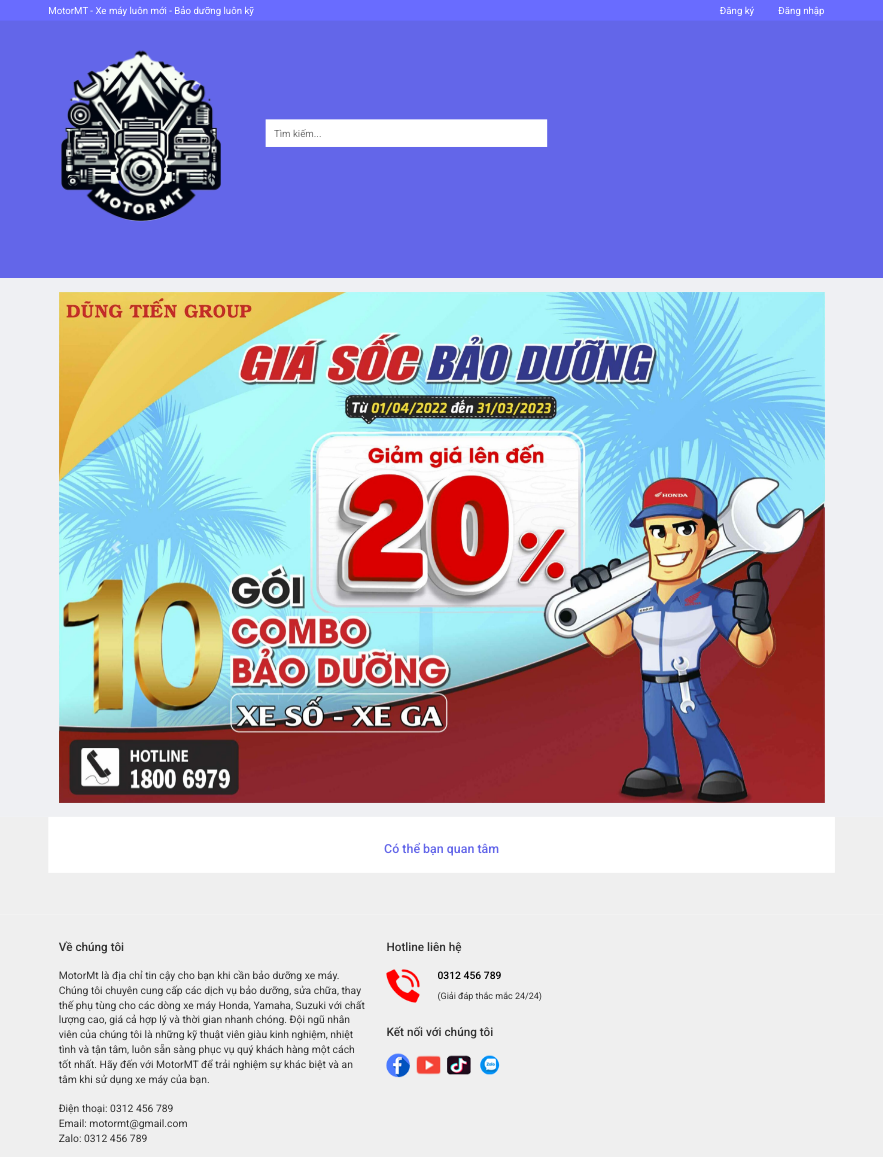
Repository: ThieuDV091002/MotorMaintain
Page: http://localhost/index
An editor plug-in stored every save of this project. The page is shown before and after the next save, followed by the edit.
The browser window is 1280 px wide. The pictures show the whole page, at 69% of full size.
Some web fonts or font styles are not loaded; a fallback is used. The page is this project's Thymeleaf template; nobody is signed in. The template is opened directly, without the code that normally fills it, so the values that code supplies are empty.

Above is the page before, as saved 2024-01-29 11:11:01.
Console error: TypeError: Cannot read properties of null (reading 'style')

### MotorMaintainnanceProject/MotorMaintainanceWebParent/MotorMaintainanceFrontEnd/src/main/resources/templates/index.html
<!DOCTYPE html>
<html xmlns:th="www.thymeleaf.org"
	  xmlns:sec="https://www.thymeleaf.org/thymeleaf-extras-springsecurity5">
<head>
	<meta charset="UTF-8">
	<meta name="viewport" content="width=device-width, initial-scale=1.0">
	<title>Trang chủ - EduBook</title>
	<script th:src="@{js/jquery-3.3.1.js}"></script>
	<script th:src="@{js/bootstrap.min.js}"></script>
	<script
			th:src="@{https://ajax.googleapis.com/ajax/libs/jquery/3.5.1/jquery.min.js}"></script>
	<link th:href="@{/rating-star/css/star-rating.css}" media="all"
		  rel="stylesheet" type="text/css" />
	<script th:src="@{/rating-star/js/star-rating.js}"
			type="text/javascript"></script>
	<link th:href="@{/rating-star/themes/krajee-svg/theme.css}" media="all"
		  rel="stylesheet" type="text/css" />
	<script th:src="@{/rating-star/themes/krajee-svg/theme.js}"></script>
	<link rel="stylesheet" th:href="@{css/bootstrap.min.css}">
	<link rel="stylesheet"
		  th:href="@{https://maxcdn.bootstrapcdn.com/bootstrap/3.4.1/css/bootstrap.min.css}">

	<link
			th:href="@{https://fonts.googleapis.com/css2?family=Roboto:ital,wght@0,300;0,400;0,500;0,700;1,300;1,400;1,500&display=swap}"
			rel="stylesheet">
	<link rel="stylesheet" th:href="@{css/all.min.css}">
	<link rel="stylesheet" th:href="@{/fontawesome/all.min.css}">
	<link
			th:href="@{https://fonts.googleapis.com/css2?family=Paytone+One&display=swap}"
			rel="stylesheet">
	<link rel="stylesheet" th:href="@{css/style.css}">
	<link rel="stylesheet" th:href="@{css/home.css}">
</head>
<body>
<div class="app">
	<header id="header">
		<div class="header__top">
			<div class="container">
				<section class="row flex">
					<div class="col-lg-5 col-md-0 col-sm-0 heade__top-left">
						<span>MotorMT - Xe máy luôn mới - Bảo dưỡng luôn kỹ</span>
					</div>

					<nav class="col-lg-7 col-md-0 col-sm-0 header__top-right">
						<ul class="header__top-list" sec:authorize="!isAuthenticated()">
							<li class="header__top-item"><a th:href="@{/register}"
															class="header__top-link">Đăng ký</a></li>
							<li class="header__top-item"><a th:href="@{/login}"
															class="header__top-link">Đăng nhập</a></li>
						</ul>
						<ul class="header__top-list" sec:authorize="isAuthenticated()">
							<li class="header__top-item"><a th:href="@{/customer-update}"
															class="header__top-link" sec:authentication="principal.hoten"></a></li>
						</ul>
					</nav>
				</section>
			</div>
		</div>


		<div class="header__bottom">
			<div class="container">
				<section class="row">
					<div class="col-lg-3 col-md-4 col-sm-12 header__logo">
						<h1 class="header__heading">
							<a href="#" class="header__logo-link"> <img
									th:src="@{image/logo.png}" alt="Logo" class="header__logo-img">
							</a>
						</h1>
					</div>

					<div class="col-lg-6 col-md-7 col-sm-0 header__search text-center"
						 style="display: flex; justify-content: center; align-items: center;">
						<form class="col-lg-12 col-md-7 col-sm-0 header__search"
							  th:action="@{/search}" method="get" id="myForm">
							<input type="search" name="keyword" class="header__search-input"
								   th:value="${keyword}" placeholder="Tìm kiếm...">
						</form>
					</div>
				</section>
			</div>
		</div>

		<div class="header__nav">
			<div class="container">
				<section class="row">
					<th:block sec:authorize="isAuthenticated()">
						<div class="header__nav col-lg-9 col-md-0 col-sm-0">
							<ul class="header__nav-list">
	                            <li class="header__nav-item"><a th:href="@{/customer-update}"
	                                                            class="header__nav-link">Thông tin tài khoản</a></li>
	                            <li class="header__nav-item"><a th:href="@{/order}"
	                                                            class="header__nav-link"></a>Lịch đặt</li>
	                            <li class="header__nav-item"><a th:href="@{/address_book}"
	                                                            class="header__nav-link">Đặt lịch bảo dưỡng</a></li>
	                            <li class="header__nav-item"><a id="logoutLink" href=""
	                                                            class="header__nav-link">Đăng xuất</a></li>
	                        </ul>
						</div>
					</th:block>
				</section>
			</div>
		</div>
	</header>

	<section class="menu-slide text-center">
		<div class="container">
			<th:block sec:authorize="isAuthenticated()">
				<form th:action="@{/logout}" method="post" th:hidden="true"
					  name="LogoutForm">
					<input type="submit">
				</form>
			</th:block>
			<div class="row">
				<div class="slider col-lg-12 col-md-12 col-sm-0">
					<div class="row">
						<div class="slide__left col-lg-12 col-md-0 col-sm-0">
							<div id="carouselExampleIndicators" class="carousel slide"
								 data-ride="carousel" data-interval="3000">
								<div class="carousel-inner">
									<div class="carousel-item active">
										<img th:src="@{image/58db1c6ec60f06515f1e-scaled.jpg}"
											 class="d-block w-100" alt="...">
									</div>
									<div class="carousel-item">
										<img th:src="@{image/khuyen-mai-dich-vu-10-goi-combo_1-scaled.jpg}"
											 class="d-block w-100" alt="...">
									</div>
									<div class="carousel-item">
										<img th:src="@{image/bảo-dưỡng-xe-máy.png}"
											 class="d-block w-100" alt="...">
									</div>
								</div>
								<a class="carousel-control-prev"
								   href="#carouselExampleIndicators" role="button"
								   data-slide="prev"> <span
										class="carousel-control-prev-icon" aria-hidden="true"></span>
									<span class="sr-only">Previous</span>
								</a> <a class="carousel-control-next"
										href="#carouselExampleIndicators" role="button"
										data-slide="next"> <span
									class="carousel-control-next-icon" aria-hidden="true"></span>
								<span class="sr-only">Next</span>
							</a>
							</div>
						</div>
					</div>
				</div>
			</div>
		</div>
	</section>

	<section class="product__love">
		<div class="container">
			<div class="row bg-white">
				<div class="col-lg-12 col-md-12 col-sm-12 product__love-title">
					<h2 class="product__love-heading" style="text-align: center;">
						Có thể bạn quan tâm</h2>
				</div>
			</div>
			<div class="row bg-white">
				<div class="product__panel-item col-lg-2 col-md-3 col-sm-6"
					 th:each="book : ${listBooks}" th:object="${book}">
					<div class="product__panel-img-wrap">
						<img th:if="${book.hinhanh == null}"
							 th:src="@{/image/id467907-125.png}"
							 style="width: 90%; height: 90%" class="product__panel-img">
						<img th:if="${book.hinhanh != null}"
							 th:src="@{${book.bookPhotoPath}}" class="product__panel-img">
					</div>
					<h3 class="product__panel-heading">
						<a th:href="@{'/book-detail-' + ${book.IDsach}}"
						   class="product__panel-link">[[${book.tensach}]]</a>
					</h3>

					<div class="product__panel-rate-wrap">
						<input type="text" class="book-detail-rating-star" dir="ltr"
							   data-size="sm" th:value="${book.averageRating}">
					</div>

					<div class="product__panel-price">
							<span class="product__panel-price-current">
								[[${book.dongia}]] đ </span>
					</div>
				</div>
			</div>
		</div>
	</section>

	<footer>
		<section class="footer__top">
			<div class="container">
				<div class="row">
					<article class="footer__top-intro col-lg-5 col-md-4 col-sm-6">
						<h4 class="footer__top-intro-heading">Về chúng tôi</h4>
						<div class="footer__top-intro-content">
							MotorMt là địa chỉ tin cậy cho bạn khi cần bảo dưỡng xe máy. Chúng tôi
							chuyên cung cấp các dịch vụ bảo dưỡng, sửa chữa, thay thế phụ tùng cho các
							dòng xe máy Honda, Yamaha, Suzuki với chất lượng cao, giá cả hợp lý và thời
							gian nhanh chóng. Đội ngũ nhân viên của chúng tôi là những kỹ thuật viên giàu
							kinh nghiệm, nhiệt tình và tận tâm, luôn sẵn sàng phục vụ quý khách hàng một
							cách tốt nhất. Hãy đến với MotorMT để trải nghiệm sự khác biệt và an tâm khi sử dụng xe máy của bạn.
 							<br> <br> Điện	thoại: 0312 456 789 <br> Email: motormt@gmail.com <br>
							Zalo: 0312 456 789 <br>
						</div>
					</article>

					<article
							class="footer__top-contact-wrap col-lg-4 col-md-4 col-sm-6">
						<h4 class="footer__top-contact-heading">Hotline liên hệ</h4>

						<div class="footer__top-contact">
							<div class="footer__top-contact-icon">
								<img th:src="@{image/phone_top.png}"
									 class="footer__top-contact-img">
							</div>

							<div class="footer__top-contact-phone-wrap">
								<div class="footer__top-contact-phone">0312 456 789</div>
								<div class="footer__top-contact-des">(Giải đáp thắc mắc
									24/24)</div>
							</div>
						</div>

						<h4 class="footer__top-contact-heading">Kết nối với chúng
							tôi</h4>

						<div class="footer__top-contact-social">
							<a href="#" class="footer__top-contact-social-link"> <img
									th:src="@{image/facebook.png}">
							</a> <a href="#" class="footer__top-contact-social-link"> <img
								th:src="@{image/youtube.png}">
						</a> <a href="#" class="footer__top-contact-social-link"> <img
								th:src="@{image/tiktok.png}">
						</a> <a href="#" class="footer__top-contact-social-link"> <img
								th:src="@{image/zalo.png}">
						</a>
						</div>
					</article>
				</div>
			</div>
		</section>
	</footer>
</div>
<script th:src="@{js/jq.js}"></script>
<script th:src="@{js/index.js}"></script>
<script type="text/javascript">
	$(document).ready(function() {
		$("#logoutLink").on("click", function(e) {
			e.preventDefault();
			$("form[name='LogoutForm']").submit();
		});

		$('#myForm input[type="search"]').keypress(function (event) {
			if (event.which === 13) {
				event.preventDefault();
				$('#myForm').submit();
			}
		});
	});
</script>
<script type="text/javascript">
	$(".book-detail-rating-star").rating({
		displayOnly: true,
		hoverOnClera: false,
		showCaption: false,
		theme: 'krajee-svg'
	})
</script>
</body>
</html>

### MotorMaintainnanceProject/MotorMaintainanceWebParent/MotorMaintainanceFrontEnd/src/main/resources/static/rating-star/css/star-rating.css
/*!
 * bootstrap-star-rating v4.1.3
 * http://plugins.krajee.com/star-rating
 *
 * Author: Kartik Visweswaran
 * Copyright: 2013 - 2021, Kartik Visweswaran, Krajee.com
 *
 * Licensed under the BSD 3-Clause
 * https://github.com/kartik-v/bootstrap-star-rating/blob/master/LICENSE.md
 */
.rating-loading {
    width: 25px;
    height: 25px;
    font-size: 0;
    color: #fff;
    background: transparent url('../img/loading.gif') top left no-repeat;
    border: none;
}

/*
 * Stars & Input
 */
.rating-container .rating-stars {
    position: relative;
    cursor: pointer;
    vertical-align: middle;
    display: inline-block;
    overflow: hidden;
    white-space: nowrap;
}

.rating-container .rating-stars:focus {
    outline: 1px dotted;
}

.rating-input {
    position: absolute;
    cursor: pointer;
    width: 100%;
    height: 1px;
    bottom: 0;
    left: 0;
    font-size: 1px;
    opacity: 0;
    padding: 0;
    margin: 0;
    outline: none;
    pointer-events: none;
    border: none;
    box-shadow: none;
    background: none;
}

.rating-container.is-display-only .rating-stars {
    cursor: default;
}

.rating-disabled .rating-stars {
    cursor: not-allowed;
}

.rating-container .star {
    display: inline-block;
    margin: 0 2px;
    text-align: center;
}

.rating-container .empty-stars {
    color: #aaa;
}

.rating-container .filled-stars {
    position: absolute;
    left: 0;
    top: 0;
    margin: auto;
    color: #fde16d;
    white-space: nowrap;
    overflow: hidden;
    -webkit-text-stroke: 1px #777;
    text-shadow: 1px 1px #999;
}

.rating-rtl {
    float: right;
}

.rating-animate .filled-stars {
    transition: width 0.25s ease;
}

.rating-rtl .filled-stars {
    left: auto;
    right: 0;
    transition: none;
    -webkit-transform: matrix(-1, 0, 0, 1, 0, 0);
    transform: matrix(-1, 0, 0, 1, 0, 0);
}

.rating-rtl.is-star .filled-stars {
    right: 0.06em;
}

.rating-rtl.is-heart .empty-stars {
    margin-right: 0.07em;
}

/**
 * Clear
 */
.rating-container .clear-rating {
    color: #aaa;
    cursor: not-allowed;
    display: inline-block;
    vertical-align: middle;
    font-size: 60%;
}

.clear-rating-active {
    cursor: pointer !important;
}

.clear-rating-active:hover {
    color: #843534;
}

.rating-container .clear-rating {
    padding-right: 5px;
}

/**
 * Caption
 */

/* extend support to BS4 */
.rating-container .caption .label {
    display: inline-block;
    padding: .25em .4em;
    line-height: 1;
    text-align: center;
    vertical-align: baseline;
    border-radius: .25rem;
}

.rating-container .caption {
    color: #999;
    display: inline-block;
    vertical-align: middle;
    line-height: 1;
}

.rating-container .caption {
    margin-left: 5px;
    margin-right: 0;
}

.rating-rtl .caption {
    margin-right: 5px;
    margin-left: 0;
}

/**
 * Print
 */
@media print {
    .rating-container .clear-rating {
        display: none;
    }
}

/**
 * Sizes
 */
.rating-xl {
    font-size: 48px;
}
.rating-lg {
    font-size: 40px;
}
.rating-md {
    font-size: 32px;
}
.rating-sm {
    font-size: 24px;
}
.rating-xs {
    font-size: 16px;
}

.rating-xl .caption {
    font-size: 20px;
}

.rating-lg .caption {
    font-size: 18px;
}

.rating-md .caption {
    font-size: 16px;
}

.rating-sm .caption {
    font-size: 14px;
}

.rating-xs .caption {
    font-size: 12px;
}

/**
 * Caption
 */
.caption-badge {
    font-family: Arial, Helvetica, sans-serif;
    display: inline-block;
    padding: .35em .65em;
    font-size: .75em;
    font-weight: 700;
    line-height: 1;
    color: #fff;
    text-align: center;
    white-space: nowrap;
    vertical-align: baseline;
    border-radius: .25rem;
}

.caption-secondary {
    background-color: #6c757d;
}

.caption-danger {
    background-color: #dc3545;
}

.caption-warning {
    background-color: #ffc107;
    color: #212529;
}

.caption-info {
    background-color: #0dcaf0;
    color: #212529;
}

.caption-primary {
    background-color: #0d6efd;
}

.caption-success {
    background-color: #198754;
}

### MotorMaintainnanceProject/MotorMaintainanceWebParent/MotorMaintainanceFrontEnd/src/main/resources/static/rating-star/themes/krajee-svg/theme.css
/*!
 * Krajee SVG Theme styling for bootstrap-star-rating.
 * This file must be loaded after 'star-rating.css'.
 *
 * bootstrap-star-rating v4.1.3
 * http://plugins.krajee.com/star-rating
 *
 * Author: Kartik Visweswaran
 * Copyright: 2013 - 2021, Kartik Visweswaran, Krajee.com
 *
 * Licensed under the BSD 3-Clause
 * https://github.com/kartik-v/bootstrap-star-rating/blob/master/LICENSE.md
 */
.theme-krajee-svg .krajee-icon,
.theme-krajee-svg .krajee-icon-clear {
    display: inline-block;
    width: 2rem;
    height: 2rem;
    -webkit-background-size: cover;
    -moz-background-size: cover;
    -o-background-size: cover;
    background-size: cover;
}

.theme-krajee-svg .clear-rating,
.theme-krajee-svg .rating-stars {
    font-size: 5px;
}

.theme-krajee-svg .krajee-icon-clear {
    background-image: url('data:[embedded picture, 747 characters]');
}

.theme-krajee-svg .filled-stars .krajee-icon-star {
    background-image: url('data:[embedded picture, 447 characters]');
}

.theme-krajee-svg.rating-xl .krajee-icon,
.theme-krajee-svg.rating-xl .krajee-icon-clear {
    width: 3rem;
    height: 3rem;
}

.theme-krajee-svg.rating-lg .krajee-icon,
.theme-krajee-svg.rating-lg .krajee-icon-clear {
    width: 2.5rem;
    height: 2.5rem;
}

.theme-krajee-svg.rating-md .krajee-icon,
.theme-krajee-svg.rating-md .krajee-icon-clear {
    width: 2rem;
    height: 2rem;
}

.theme-krajee-svg.rating-sm .krajee-icon,
.theme-krajee-svg.rating-sm .krajee-icon-clear {
    width: 1.5rem;
    height: 1.5rem;
}

.theme-krajee-svg.rating-xs .krajee-icon,
.theme-krajee-svg.rating-xs .krajee-icon-clear {
    width: 1rem;
    height: 1rem;
}

.theme-krajee-svg .krajee-icon-clear:hover {
    background-image: url('data:[embedded picture, 753 characters]');
}

.theme-krajee-svg .empty-stars .krajee-icon-star {
    background-image: url('data:[embedded picture, 447 characters]');
}

.theme-krajee-svg .filled-stars .krajee-icon-heart {
    background-image: url('data:[embedded picture, 621 characters]');
}

.theme-krajee-svg .empty-stars .krajee-icon-heart {
    background-image: url('data:[embedded picture, 621 characters]');
}

.theme-krajee-svg.rating-rtl.is-heart .filled-stars {
    right: 0.02em;
}

.theme-krajee-svg.rating-rtl.is-heart .empty-stars {
    margin-right: 0.01em;
}

Loaded but not shown: MotorMaintainnanceProject/MotorMaintainanceWebParent/MotorMaintainanceFrontEnd/src/main/resources/static/js/jquery-3.3.1.js (library); MotorMaintainnanceProject/MotorMaintainanceWebParent/MotorMaintainanceFrontEnd/src/main/resources/static/js/bootstrap.min.js (library); MotorMaintainnanceProject/MotorMaintainanceWebParent/MotorMaintainanceFrontEnd/src/main/resources/static/css/bootstrap.min.css (library); MotorMaintainnanceProject/MotorMaintainanceWebParent/MotorMaintainanceFrontEnd/src/main/resources/static/css/all.min.css (library); MotorMaintainnanceProject/MotorMaintainanceWebParent/MotorMaintainanceFrontEnd/src/main/resources/static/fontawesome/all.min.css (library); MotorMaintainnanceProject/MotorMaintainanceWebParent/MotorMaintainanceFrontEnd/src/main/resources/static/rating-star/js/star-rating.js (708 lines, source omitted); MotorMaintainnanceProject/MotorMaintainanceWebParent/MotorMaintainanceFrontEnd/src/main/resources/static/js/jq.js (51 lines, source omitted); MotorMaintainnanceProject/MotorMaintainanceWebParent/MotorMaintainanceFrontEnd/src/main/resources/static/rating-star/themes/krajee-svg/theme.js (30 lines, source omitted); MotorMaintainnanceProject/MotorMaintainanceWebParent/MotorMaintainanceFrontEnd/src/main/resources/static/js/index.js (26 lines, source omitted); MotorMaintainnanceProject/MotorMaintainanceWebParent/MotorMaintainanceFrontEnd/src/main/resources/static/css/home.css (832 lines, source omitted); MotorMaintainnanceProject/MotorMaintainanceWebParent/MotorMaintainanceFrontEnd/src/main/resources/static/css/style.css (462 lines, source omitted)

After the next save:
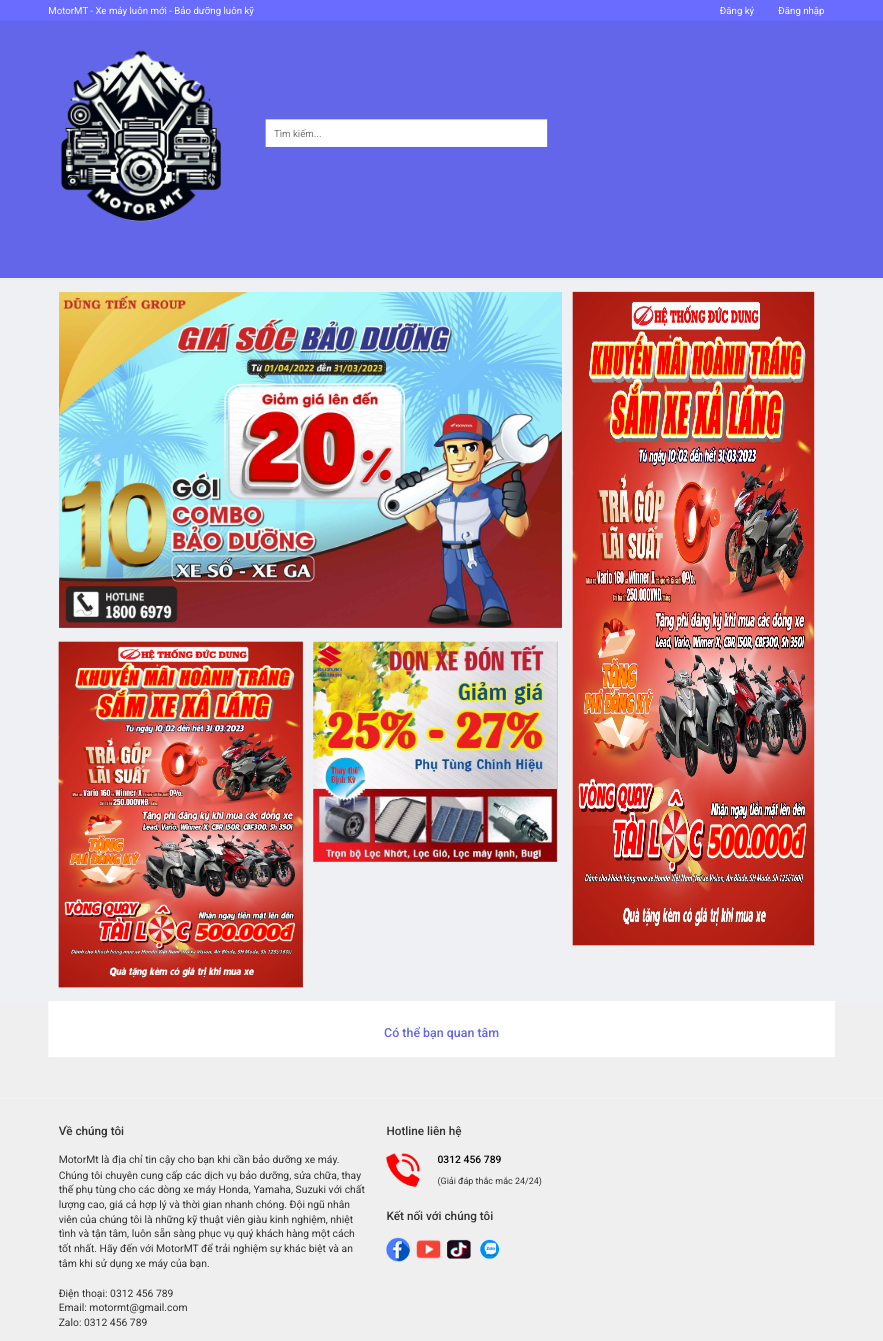
Saved 64 s later.
--- a/MotorMaintainnanceProject/MotorMaintainanceWebParent/MotorMaintainanceFrontEnd/src/main/resources/templates/index.html
+++ b/MotorMaintainnanceProject/MotorMaintainanceWebParent/MotorMaintainanceFrontEnd/src/main/resources/templates/index.html
@@ -114,7 +114,7 @@
 			<div class="row">
 				<div class="slider col-lg-12 col-md-12 col-sm-0">
 					<div class="row">
-						<div class="slide__left col-lg-12 col-md-0 col-sm-0">
+						<div class="slide__left col-lg-8 col-md-0 col-sm-0">
 							<div id="carouselExampleIndicators" class="carousel slide"
 								 data-ride="carousel" data-interval="3000">
 								<div class="carousel-inner">
@@ -143,6 +143,20 @@
 								<span class="sr-only">Next</span>
 							</a>
 							</div>
+							<div class="slide__left-bottom">
+								<div class="slide__left-botom-one">
+									<img th:src="@{image/khuyen-mai-hoanh-trang-sam-xe-xa-lang-1ejis5wd.jpg}"
+										 class="slide__left-bottom-one-img">
+								</div>
+								<div class="slide__left-bottom-two">
+									<img th:src="@{image/z1196650932994_2260ec67f8619f292a17ec95c6a2b0c3.png}"
+										 class="slide__left-bottom-tow-img">
+								</div>
+							</div>
+						</div>
+
+						<div class="slide__right col-lg-4 col-md-0 col-sm-0">
+							<img th:src="@{image/khuyen-mai-hoanh-trang-sam-xe-xa-lang-1ejis5wd.jpg}" class="slide__right-img">
 						</div>
 					</div>
 				</div>

After the 3 saves that followed:
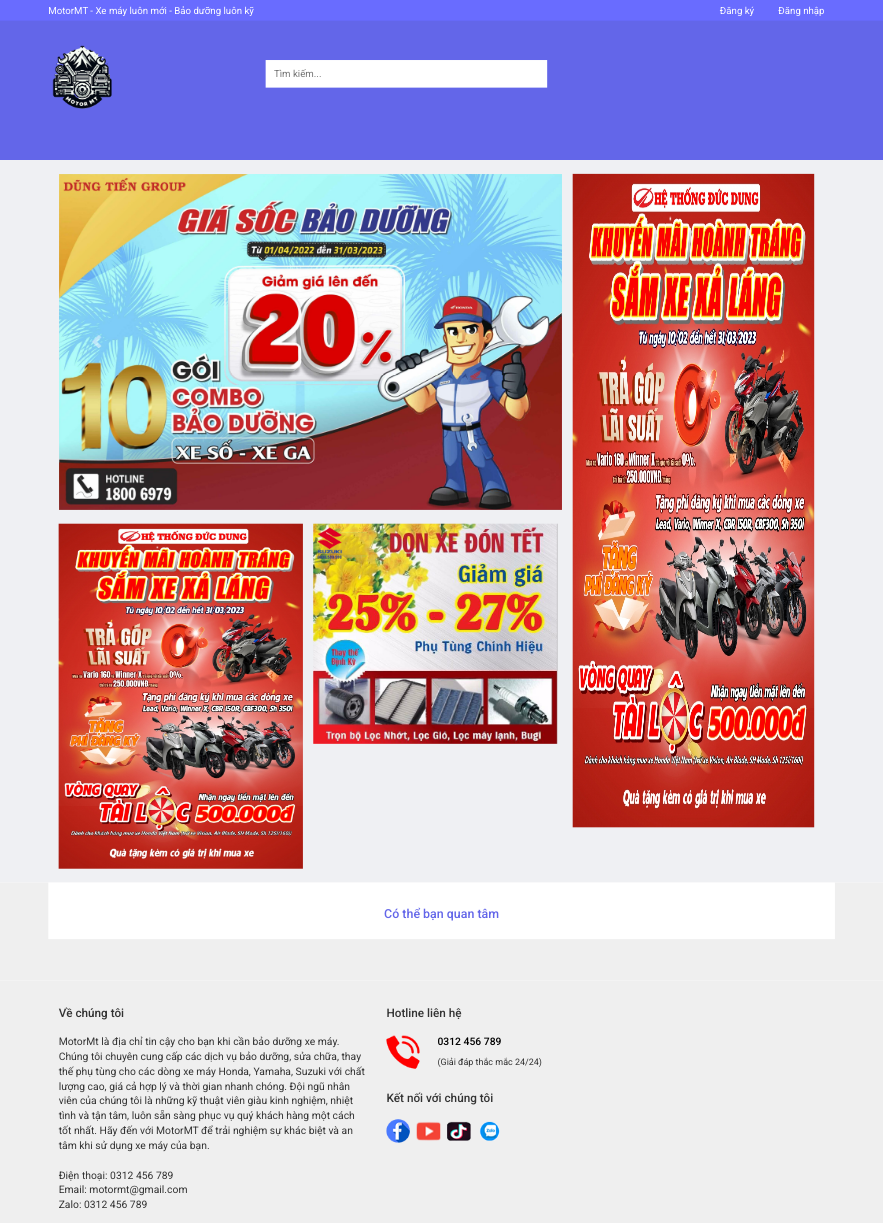
The 3 saves are shown as one change because 2 left the picture as it was.
The last was saved 6 min 38 s later.
--- a/MotorMaintainnanceProject/MotorMaintainanceWebParent/MotorMaintainanceFrontEnd/src/main/resources/templates/index.html
+++ b/MotorMaintainnanceProject/MotorMaintainanceWebParent/MotorMaintainanceFrontEnd/src/main/resources/templates/index.html
@@ -63,7 +63,7 @@
 				<section class="row">
 					<div class="col-lg-3 col-md-4 col-sm-12 header__logo">
 						<h1 class="header__heading">
-							<a href="#" class="header__logo-link"> <img
+							<a href="#" class="header__logo-link"> <img style="height: 100px;"
 									th:src="@{image/logo.png}" alt="Logo" class="header__logo-img">
 							</a>
 						</h1>
